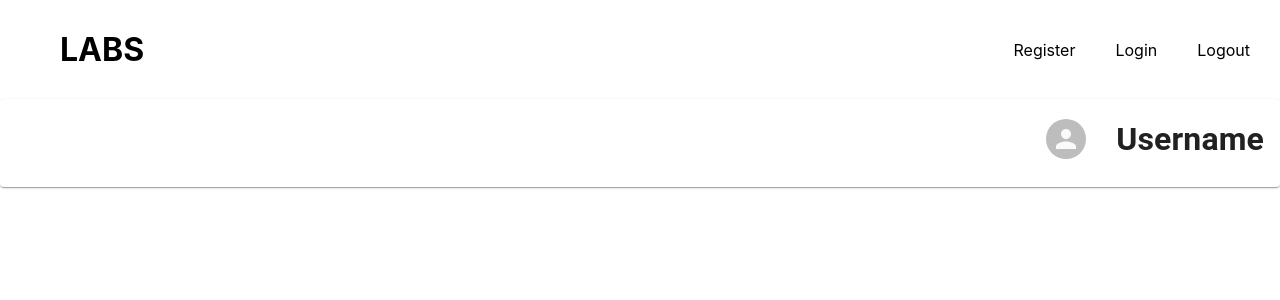
Repository: Prafullkuma/labsdata
Page: /admin
An editor plug-in stored every save of this project. The page is shown before and after the next save, followed by the edit.
The browser window is 1280 px wide. The pictures show the whole page.
The project was rebuilt for these pictures with package versions that can differ from the ones it lists, and the page was loaded fresh each time. Also part of the build but not shown: src/App.css, src/Component/Main.js, src/Auth/Login.js, src/Auth/Signup.js, src/Auth/Logout.js.

Above is the page before, as saved 2020-08-25 09:42:10.

After the next save:
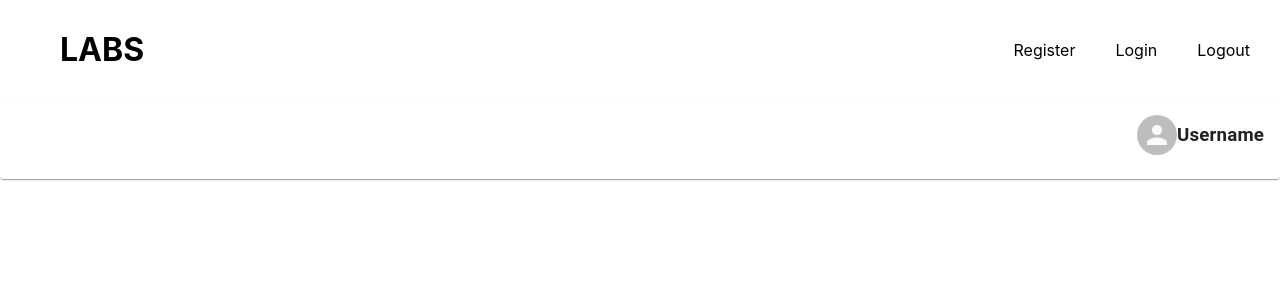
Saved 3 min 0 s later.
--- a/src/Component/Admin.js
+++ b/src/Component/Admin.js
@@ -8,7 +8,7 @@ function Admin() {
                 <CardContent>
                     <Typography className="userdata">
                         <Avatar />
-                        <h1>Username</h1>
+                        <h3>Username</h3>
                     </Typography>
                 </CardContent>
             </Card>
